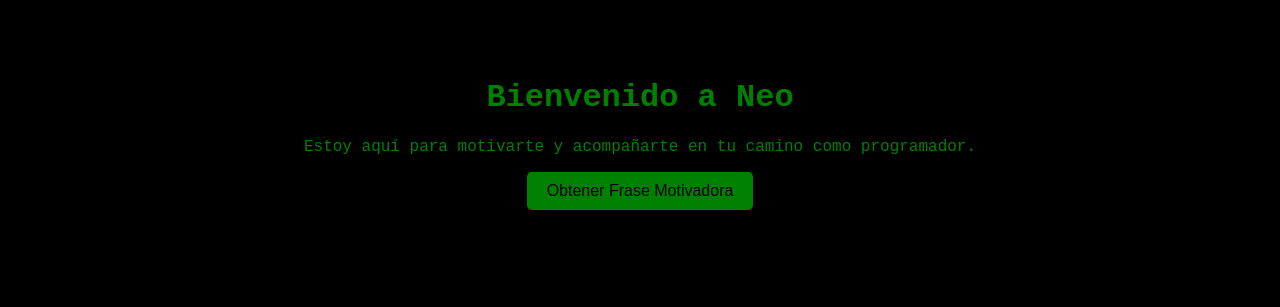
Repository: TapZc/getya_proyect
Page: Neo2.html
The author's editor kept a copy of each file at every save. The page is drawn from the files as they stood at one save, then again after the next save.
The browser window is 1280 px wide. The pictures show the whole page.

Above is the page before, as saved 2025-02-18 23:22:45.

After the next save:
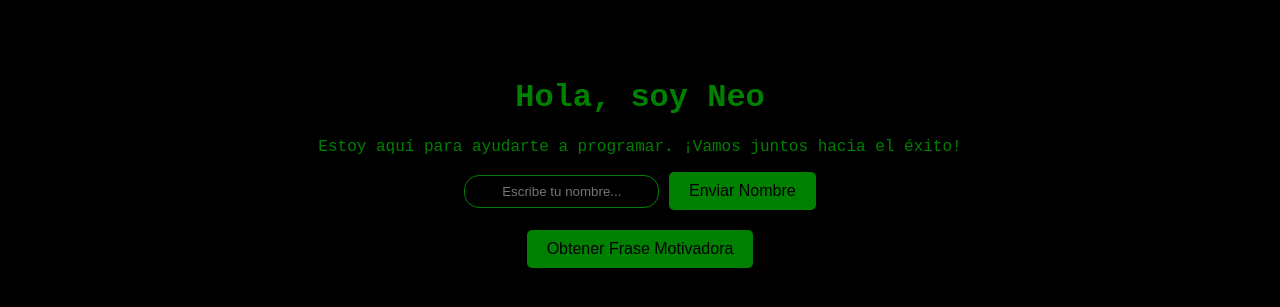
Saved 118 s later.
--- a/Neo2.html
+++ b/Neo2.html
@@ -3,7 +3,7 @@
 <head>
     <meta charset="UTF-8">
     <meta name="viewport" content="width=device-width, initial-scale=1.0">
-    <title>Neo - Motivación</title>
+    <title>Neo - Bienvenido, Carlos</title>
     <style>
         body {
             background-color: black;
@@ -24,19 +24,37 @@
         button:hover {
             background-color: limegreen;
         }
-        #fraseMotivadora {
+        #fraseMotivadora, #mensajePersonalizado {
             margin-top: 20px;
             font-size: 18px;
+        }
+        input[type="text"] {
+            padding: 8px;
+            border-radius: 15px;
+            border: 1px solid green;
+            background-color: black;
+            color: green;
+            text-align: center;
         }
     </style>
 </head>
 <body>
-    <h1>Bienvenido a Neo</h1>
-    <p>Estoy aquí para motivarte y acompañarte en tu camino como programador.</p>
+    <h1>Hola, soy Neo</h1>
+    <p>Estoy aquí para ayudarte a programar. ¡Vamos juntos hacia el éxito!</p>
+    <input type="text" id="nombreUsuario" placeholder="Escribe tu nombre...">
+    <button onclick="saludar()">Enviar Nombre</button>
+    <p id="mensajePersonalizado"></p>
+
     <button onclick="mostrarFrase()">Obtener Frase Motivadora</button>
     <p id="fraseMotivadora"></p>
 
     <script>
+        function saludar() {
+            const nombre = document.getElementById('nombreUsuario').value;
+            const mensaje = `¡Hola, ${nombre}! Estoy aquí para acompañarte en tu camino como programador.`;
+            document.getElementById('mensajePersonalizado').textContent = mensaje;
+        }
+
         function mostrarFrase() {
             const frases = [
                 '"Si puedes imaginarlo, puedes programarlo." - Alejandro Taboada Sánchez (Programación ATS)',
